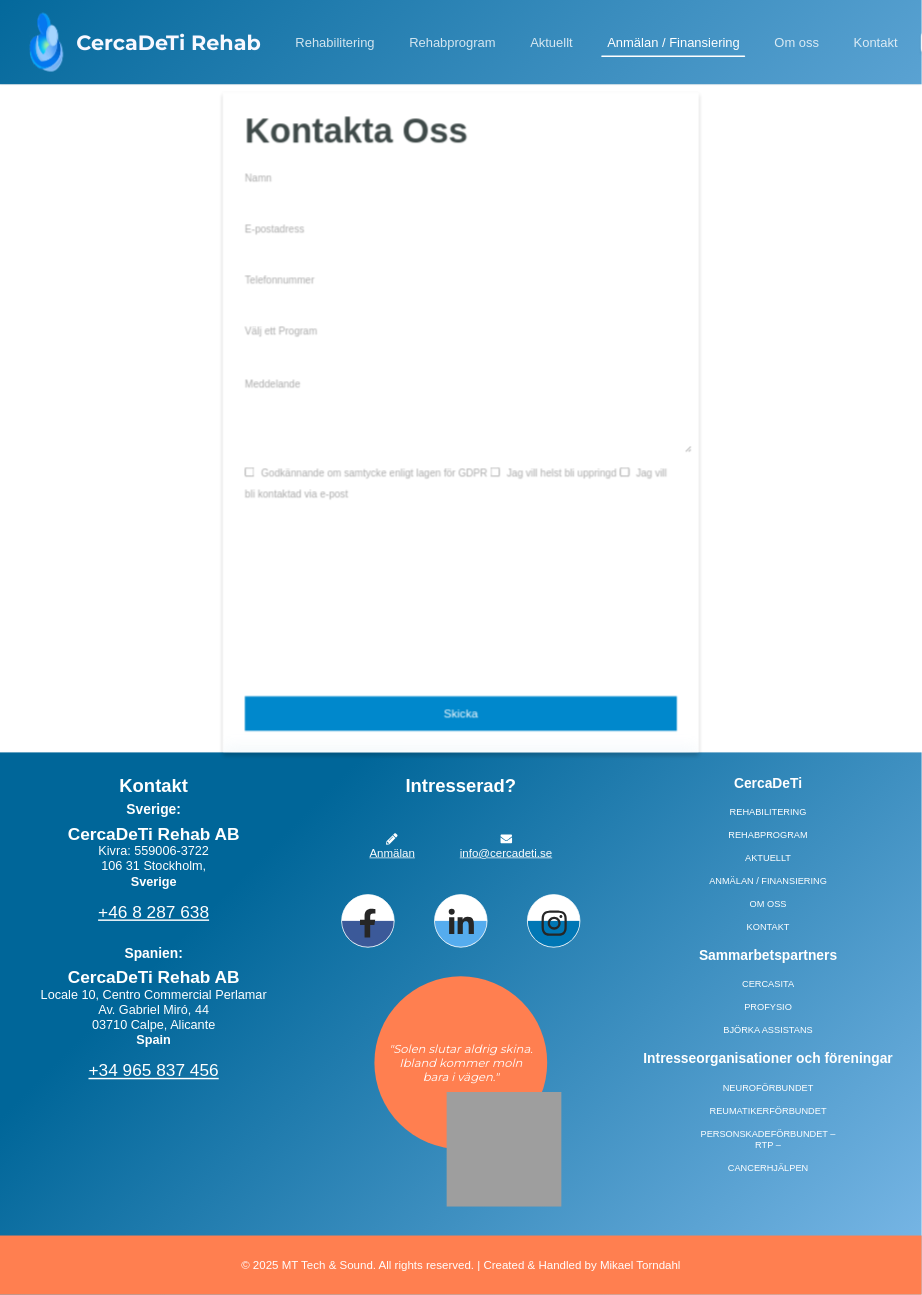
Repository: micketorndahl/CercaDeTi-rehab
Page: anmalan-form.html
The author's editor kept a copy of each file at every save. The page is drawn from the files as they stood at one save, then again after the next save.
The browser window is 1280 px wide. The pictures show the whole page, at 72% of full size.
Pictures or frames that could not be fetched are drawn as grey boxes. The page's requests for data from a server got no answer. Some web fonts or font styles are not loaded; a fallback is used. Some web libraries are served in a nearby version.

Above is the page before, as saved 2025-02-01 18:28:03.
Console error: TypeError: Cannot read properties of null (reading 'addEventListener')

### anmalan-form.html
<!DOCTYPE html>
<html lang="en">
  <head>
    <meta charset="UTF-8" />
    <meta name="viewport" content="width=device-width, initial-scale=1.0" />

    <link
      rel="stylesheet"
      href="https://use.fontawesome.com/releases/v5.6.3/css/all.css"
      integrity="sha384-UHRtZLI+pbxtHCWp1t77Bi1L4ZtiqrqD80Kn4Z8NTSRyMA2Fd33n5dQ8lWUE00s/"
      crossorigin="anonymous"
    />

    <script src="https://cdnjs.cloudflare.com/ajax/libs/font-awesome/5.15.4/js/all.min.js"></script>

    <link rel="stylesheet" href="style.css" />
    <link rel="stylesheet" href="tailwind.css" />
    <title>CercaDeTi Rehab</title>
  </head>
  <body>
    <div class="site-container">
      <header class="header">
        <div class="logo-wrapper">
          <div class="logo">
            <div class="logo-and-text">
              <a href="index.html">
                <img src="/images/cropped-CDTR.gif" alt="Logo" />
                <h1 class="cercadeti">CercaDeTi Rehab</h1>
              </a>
            </div>
          </div>
        </div>

        <nav class="main-nav">
          <div class="nav-container">
            <ul>
              <li>
                <a href="rehabilitering.html">Rehabilitering</a>
              </li>
              <li><a href="rehabprogram.html">Rehabprogram</a></li>
              <li><a href="aktuellt.html">Aktuellt</a></li>
              <li>
                <a href="anmalan-finans.html" class="active"
                  >Anmälan / Finansiering</a
                >
              </li>
              <li><a href="om-oss.html">Om oss</a></li>
              <li><a href="kontakt.html">Kontakt</a></li>
            </ul>
          </div>
        </nav>

        <div class="social-container">
          <div class="social">
            <ul>
              <li>
                <a href="https://www.facebook.com/CercadetiRehab/"
                  ><i class="fab fa-facebook-f icon"></i
                ></a>
              </li>
              <li>
                <a href="https://www.linkedin.com/company/cercadeti-rehab-ab"
                  ><i class="fab fa-linkedin-in icon"></i
                ></a>
              </li>
              <li>
                <a href="https://www.instagram.com/cercadetirehab/"
                  ><i class="fab fa-instagram icon"></i
                ></a>
              </li>
            </ul>
          </div>
        </div>
      </header>

      <div class="content">
        <div class="form-container">
          <form class="contact-form">
            <h2>Kontakta Oss</h2>

            <label for="name">Namn</label>
            <input type="text" id="name" name="name" required />

            <label for="email">E-postadress</label>
            <input type="email" id="email" name="email" required />

            <label for="phone">Telefonnummer</label>
            <input type="tel" id="phone" name="phone" required />

            <label for="program">Välj ett Program</label>
            <select id="program" name="program" required>
              <option value="neurorehab">Neurorehab</option>
              <option value="reumarehab">Reumarehab</option>
              <option value="cancerrehab">Cancerrehab</option>
              <option value="stressrehab">Stressrehab</option>
              <option value="närståendeprogram">Närståendeprogram</option>
            </select>

            <label for="message">Meddelande</label>
            <textarea id="message" name="message" rows="4" required></textarea>

            <div class="checkbox-container">
              <input type="checkbox" id="gdpr" name="gdpr" required />
              <label for="gdpr"
                >Godkännande om samtycke enligt lagen för GDPR</label
              >

              <input type="checkbox" id="call" name="call" />
              <label for="call">Jag vill helst bli uppringd</label>

              <input type="checkbox" id="emailContact" name="emailContact" />
              <label for="emailContact"
                >Jag vill bli kontaktad via e-post</label
              >
            </div>

            <p class="info-text">
              Du är alltid välkommen att kontakta oss. Dina uppgifter hanteras
              enligt vår Integritetspolicy och samtycke enligt GDPR när du
              sänder information till oss.
            </p>

            <button type="submit" class="submit-btn">Skicka</button>
          </form>
        </div>
      </div>

      <!-- FOOTER START -->
      <footer class="footer-container">
        <div class="footer-top">
          <div class="footarea1 footer-shared">
            <h3>Kontakt</h3>

            <address class="address-shared address-se">
              <h5>Sverige:</h5>
              <strong
                ><span class="address-company-name"
                  >CercaDeTi Rehab AB</span
                ></strong
              ><br />
              <span class="address-location">Kivra: 559006-3722</span><br />
              <span class="address-city">106 31 Stockholm,</span><br />
              <span class="address-country"
                ><strong>Sverige</strong><br
              /></span>
              <br />
              <span class="telephone"
                ><a href="tel:+468287638">+46 8 287 638</a></span
              >
            </address>

            <div class="address-shared address-es">
              <address>
                <h5>Spanien:</h5>
                <strong
                  ><span class="address-company-name"
                    >CercaDeTi Rehab AB</span
                  > </strong
                ><br />
                <span class="address-location"
                  >Locale 10, Centro Commercial Perlamar</span
                ><br />
                <span class="address-street">Av. Gabriel Miró, 44</span><br />
                <span class="address-city">03710 Calpe, Alicante<br /></span>
                <span class="address-country"
                  ><strong>Spain</strong><br
                /></span>
                <br />
                <span class="telephone"
                  ><a href="tel:+34965837456">+34 965 837 456</a></span
                >
              </address>
            </div>
          </div>
          <div class="footarea2 footer-shared">
            <h3>Intresserad?</h3>
            <div class="footarea2-links">
              <a href=""><i class="fas fa-pencil-alt"></i> Anmälan</a>
              <a href="mailto:info@cercadeti.se"
                ><i class="fas fa-envelope"></i> info@cercadeti.se</a
              >
            </div>
            <div class="social-footer">
              <ul>
                <li>
                  <a href="https://www.facebook.com/CercadetiRehab/">
                    <i class="fab fa-facebook-f icon"></i>
                  </a>
                </li>

                <li>
                  <a href="https://www.linkedin.com/company/cercadeti-rehab-ab"
                    ><i class="fab fa-linkedin-in icon"></i
                  ></a>
                </li>
                <li>
                  <a href="https://www.instagram.com/cercadetirehab/"
                    ><i class="fab fa-instagram icon"></i
                  ></a>
                </li>
              </ul>
            </div>
            <div class="image-container-footer">
              <div class="image-wrapper">
                <p class="footer-quote">
                  "Solen slutar aldrig skina. Ibland kommer moln bara i vägen."
                </p>
                <img src="images/weelchair.icon.png" alt="wheelchair-icon" />
              </div>
            </div>
          </div>
          <div class="footarea3 footer-shared">
            <nav class="footer-nav">
              <div class="link-column1">
                <h4>CercaDeTi</h4>
                <ul>
                  <li><a href="rehabilitering.html">Rehabilitering</a></li>
                  <li><a href="rehabprogram.html">Rehabprogram</a></li>
                  <li><a href="aktuellt.html">Aktuellt</a></li>
                  <li>
                    <a href="anmalan-finans.html">Anmälan / Finansiering</a>
                  </li>
                  <li><a href="om-oss.html">Om oss</a></li>
                  <li><a href="kontakt.html">Kontakt</a></li>
                </ul>
              </div>

              <div class="link-column2">
                <h4>Sammarbetspartners</h4>
                <ul>
                  <li><a href="https://cercasita.com/">Cercasita</a></li>
                  <li><a href="https://profysio.es/">ProFysio</a></li>
                  <li>
                    <a href="https://www.bjorka-assistans.se/"
                      >Björka Assistans</a
                    >
                  </li>
                </ul>
              </div>

              <div class="link-column3">
                <h4>Intresseorganisationer och föreningar</h4>
                <ul>
                  <li><a href="https://neuro.se/">Neuroförbundet</a></li>
                  <li>
                    <a href="https://reumatiker.se/">Reumatikerförbundet</a>
                  </li>
                  <li>
                    <a href="https://rtp.se/">Personskadeförbundet – RTP – </a>
                  </li>
                  <li>
                    <a href="http://www.cancerhjalpen.se/">Cancerhjälpen</a>
                  </li>
                </ul>
              </div>
            </nav>
          </div>
        </div>
        <div class="footer-bottom">
          <div class="copyright">
            &copy; 2025 MT Tech &amp; Sound. All rights reserved. | Created
            &amp; Handled by Mikael Torndahl
          </div>
          <div class="additional-info"></div>
        </div>
      </footer>
      <!-- FOOTER END -->
    </div>
    <!-- SCRIPT SRCS -->
    <script src="js/script.js"></script>
    <script src="js/weather-api.js"></script>
  </body>
</html>

### style.css
@import url("css/reset.css");
@import url("css/standard.css");
@import url("css/variables.css");
@import url("css/typography.css");
@import url("css/layout.css");
@import url("css/navigation.css");
@import url("css/post.css");
@import url("css/footer.css");
@import url("css/searchbox.css");
@import url("css/page-templates.css");
@import url("css/mq-tablet.css");
@import url("css/mq-phone.css");
@import url("css/effects.css");

### css/standard.css
/*
/* STANDARD
*/

html {
  scroll-behavior: smooth;
}

a {
  text-decoration: none;
}

[class*="fa"]:not([class*="fab"]) {
  display: block;
  margin: 0 auto;
  padding: 0.2rem;
}

### css/typography.css
/*
/* HEADLINES
*/

body {
  background-color: var(--white);
  color: var(--gray-paragraph);
  font-style: normal;
}

.content p,
.container-index p {
  font-size: 1.5rem;
  font-weight: 300;
  white-space: pre-wrap;
  text-align: center;
  margin: 0.5rem;
  word-wrap: break-word;
  line-height: 1.5;
}

body,
.content p,
container-index p,
.address-company-name,
address span,
h1,
h2,
h3,
h4,
h5,
h6 {
  font-family: var(--font-secondary), sans-serif;
  margin: 0;
  padding: 0;
}

h1,
h2,
h3,
h4,
h5,
h6 {
  font-weight: bold;
}

h1 {
  font-size: 2rem;
}
h2 {
  font-size: calc(5rem + 1vw);
}

h3 {
  font-size: 1.6rem;
  color: var(--white);
  margin-bottom: 0.5rem;
}
h4 {
  font-size: 1.2rem;
  color: var(--white);
  margin-bottom: 0.5rem;
}
h5 {
  font-size: 1.2rem;
  font-style: normal;
  padding: 0;
}
h6 {
  font-size: 1rem;
}

.banner-content h2 {
  font-family: var(--font-ten), sans-serif;
  font-size: 6rem;
  font-style: bold;
  line-height: 1.2;
  margin-top: 0.5rem;
  color: var(--white);
}

.address-company-name {
  font-size: 1.5rem;
  font-weight: bold;
  font-style: normal;
}

address span {
  font-style: normal;
  font-size: 1.1rem;
  font-weight: 400;
  margin: 0;
  padding: 0;
}

### css/layout.css
/*
/* LAYOUT
*/

.site-container {
  flex: 1;
  display: flex;
  flex-direction: column;
  margin: 0 auto;
  width: 100%;
}

.header {
  background: linear-gradient(
    135deg,
    var(--color-quaternary) 25%,
    var(--color-tertiary) 100%
  );
  background-size: 200% 100%;
  display: flex;
  justify-content: space-between;
  align-items: center;
  margin: 0;
  z-index: 1000;
  width: 100%;
  position: fixed;
  box-shadow: 0 1px 3px rgba(0, 0, 0, 0.1), 0 1px 2px rgba(0, 0, 0, 0.06);
  animation: shineEffect 7s infinite linear;
}

.header > div {
  flex: 1; /* Makes each section take up equal space */
}

.logo-wrapper {
  display: flex;
  flex-direction: row;
  justify-content: center;
  flex-grow: 1;
  flex-shrink: 0;
  position: relative;
  animation: shineEffect 4s ease-in-out infinite;
}

@keyframes shineEffect {
  0% {
    background-position: 0% 50%;
    box-shadow: 0 0 10px var(--background-color-blue);
  }
  50% {
    background-position: 100% 50%;
    box-shadow: 0 0 20px var(--background-color-light-blue);
  }
  100% {
    background-position: 0% 50%;
    box-shadow: 0 0 10px var(--background-color-blue);
  }
}

.logo {
  display: flex;
  flex-direction: row;
  align-items: center;
  padding: 0;
}

.logo img {
  width: 50px;
  height: 85px;
  transition: transform 0.3s ease-in-out, filter 0.3s ease-in-out;
  padding: 0 1rem;
}

.logo img {
  animation: pulse 2.5s infinite;
}

@keyframes pulse {
  0%,
  100% {
    transform: scale(1);
    filter: brightness(1) hue-rotate(0deg) saturate(1);
  }
  50% {
    transform: scale(1.05);
    filter: brightness(1.1) hue-rotate(10deg) saturate(1.3);
  }
}

.logo-and-text {
  display: flex;
  flex-direction: row;
  justify-content: center;
  align-items: center;
  margin: 0;
  padding: 1rem 1.5rem;
}

.logo-and-text a {
  display: flex;
  flex-direction: row;
  align-items: center;
}

h1.cercadeti {
  font-family: var(--font-eight), sans-serif;
  font-size: 1.8rem;
  font-weight: 700;
  color: var(--ghost-white);
  white-space: nowrap;
}

.ctas-container {
  display: flex;
  justify-content: center;
  align-items: center;
}

.button-CTA {
  background-color: var(--color-secondary);
  padding: 1rem 2.6rem;
  border-radius: 3rem;
  box-shadow: rgba(0, 0, 0, 0.1) 0 2px 4px;
  color: #ffffff;
  font-family: Pontano Sans, sans-serif;
  font-size: 1rem;
  font-weight: 500;
  outline: 0;
  text-align: center;
  text-transform: uppercase;
  text-decoration: none;
  margin: 2rem 0.5rem;
  border: 0;
  cursor: pointer;
  transition: all 0.3s ease-in-out;
  position: relative;
  z-index: 1;
  transform-origin: center;
}

/* First button: Transparent effect on hover */
.button-CTA:nth-of-type(1) {
  background-color: var(--color-primary);
}

.button-CTA:nth-of-type(1):hover {
  background-color: rgba(227, 227, 227, 0.1);
  color: white;
  /* Use outline instead of border */
  outline: 1px solid var(--color-primary); /* Or 2px as you prefer */
  outline-offset: -1px; /* Adjust if needed to make outline appear as border */
  box-shadow: rgba(0, 0, 0, 0.2) 0 4px 8px;
  transform: scale(1.05);
}

/* Second button: More vibrant on hover */
.button-CTA:nth-of-type(2) {
  background-color: var(--color-secondary);
}

.button-CTA:nth-of-type(2):hover {
  background-color: #ff5722;
  box-shadow: rgba(0, 0, 0, 0.25) 0 6px 12px;
  /* Scale on hover */
  transform: scale(1.05); /* Adjust scale factor as desired */
}

.button-CTA:active {
  transform: translateY(1px) scale(0.95); /* Scale down slightly on active */
  box-shadow: rgba(0, 0, 0, 0.1) 0 2px 4px;
}

.banner {
  position: relative;
  display: flex;
  flex-direction: column;
  min-height: 100vh;
  background-image: url(../images/banner-index.jpg);
  background-repeat: no-repeat;
  background-size: cover;
  background-attachment: fixed;
  background-position: center top;
  padding-top: 100px;
}

.banner::before {
  content: "";
  position: absolute;
  top: 0;
  left: 0;
  width: 100%;
  height: 60%; /* Only darken the top part */
  background: linear-gradient(to bottom, rgba(0, 0, 0, 0.6), rgba(0, 0, 0, 0));
  z-index: 1;
}

#banner-aktuellt {
  background-image: url(../images/banner-aktuellt.jpg);
}

#banner-anmalan-finans {
  background-image: url(../images/banner-anmalan-finans.jpg);
}

#banner-kontakt {
  background-image: url(../images/rehab10.jpg);
  background-position: center center;
}

#banner-om-oss {
  background-image: url(../images/rehab11.jpg);
  background-position: center center;
}

#banner-rehabilitering {
  background-image: url(../images/banner-rehabilitering.jpg);
}

.banner-content {
  position: relative;
  z-index: 2; /* Ensures the text appears above the dark overlay */
  display: flex;
  flex-direction: column;
  justify-content: space-around;
  align-items: center;
}

.slogan {
  padding: 5rem;
  color: var(--white);
  text-align: center;
}

.content {
  width: 60%;
  margin: 0 auto;
  display: flex;
  align-items: center; /* Vertically center grid items */
  justify-content: center; /* Horizontally align items */
}

.content-3col {
  display: grid;
  grid-template-columns: 1fr 3fr 1fr; /* Left Sidebar - Main Content - Right Sidebar */
  grid-template-rows: auto; /* Allow content to dictate height */
  grid-template-areas: "left main right"; /* Define named grid areas */
}

section.main {
  grid-column:
  display: flex;
  flex-direction: column;
  text-align: center;
  background: var(--white);

}

section.main h2 {
  font-size: 3rem;
  color: var(--text-dark);
}

aside {
  display: flex;
  flex-direction: column;
  justify-content: center;
  align-items: center;
}

aside.sidebar-left {
  grid-column: 1;
  display: flex;
  align-items: center; /* Vertically center content */
  justify-content: center; /* Horizontally center content */
}

aside.sidebar-right {
  grid-column: 3;
  display: flex;
  align-items: center;
  justify-content: center; /* Ensures vertical centering */
}

aside h3 {
  color: var(--text-dark);
}

.form-container {
  background: rgba(255, 255, 255, 0.1);
  backdrop-filter: blur(10px);
  margin-top: 8rem;
  padding: 30px;
  border-radius: var(--border-radius);
  width: 100%;
  max-width: 600px;
  box-shadow: 0 4px 6px rgba(0, 0, 0, 0.2);
  transition: transform 0.3s ease-in-out;
}

.form-container:hover {
  transform: translateY(-10px);
}

.form h2 {
  text-align: center;
  color: var(--white);
  font-size: 1rem;
  margin-bottom: 20px;
}

label {
  font-size: 14px;
  margin-bottom: 5px;
  color: var(--darkgray);
}

input, select, textarea {
  width: 100%;
  padding: 10px;
  margin-bottom: 15px;
  border: 1px solid rgba(255, 255, 255, 0.3);
  border-radius: var(--border-radius);
  background: rgba(255, 255, 255, 0.1);
  color: var(--white);
  font-size: 14px;
  outline: none;
}

input[type="checkbox"] {
  width: auto;
  margin-right: 5px;
}

textarea {
  resize: vertical;
}

.checkbox-container {
  margin-bottom: 20px;
}

.info-text {
  color: var(--white);
  font-size: 12px;
  margin-bottom: 20px;
}

.submit-btn {
  background-color: var(--color-primary);
  color: var(--white);
  border: none;
  padding: 15px;
  font-size: 16px;
  width: 100%;
  border-radius: var(--border-radius);
  cursor: pointer;
  transition: background-color 0.3s ease;
}

.submit-btn:hover {
  background-color: darken(var(--color-primary), 10%);
}

### css/navigation.css
/* NAV */

.main-nav {
  display: flex;
  justify-content: center;
  align-items: center;
  padding: 0;
  flex-grow: 0;
  flex-shrink: 0;
}

nav.main-nav ul {
  display: flex;
  margin: 0;
  padding: 0;
}

nav.main-nav ul li {
  list-style: none;
  margin: 0 1rem;
}

.main-nav a {
  position: relative;
  display: inline-block;
  padding: 0.5rem;
  text-decoration: none;
  transition: color 0.2s ease-in-out;
}

nav.main-nav ul li a {
  font-family: var(--font-secondary), sans-serif;
  font-size: 18px;
  font-weight: 400;
  line-height: 1rem;
  /* Slightly darker default color */
  color: var(--dullwhite);
  text-decoration: none;
  transition: all 0.4s ease-in-out;
}

nav.main-nav ul li a:hover {
  color: var(--white); /* Brighter on hover */
}

nav.main-nav ul li a.active {
  color: var(--white); /* Brightest when active */
}

nav.main-nav ul li a.active::after {
  content: "";
  position: absolute;
  left: 0;
  bottom: -4px;
  width: 100%;
  height: 1px; /* Adjusted height here */
  background-color: var(--white);
  border-radius: 2px;
  transition: transform 0.3s ease, background-color 0.3s ease;
}

/* Hover underline that grows from the left */
nav.main-nav ul li a::after {
  content: "";
  position: absolute;
  left: 0;
  bottom: -4px;
  width: 0;
  height: 1px;
  background-color: var(--white);
  border-radius: 2px;
  transition: width 0.6s ease, background-color 0.6s ease;
  opacity: 0;
}

nav.main-nav ul li a:hover::after {
  width: 100%;
  opacity: 1;
  height: 1px;
}

/* Active link styles */
nav.main-nav ul li a.active::after {
  width: 100%;
  height: 2px; /* Adjusted height here */
  opacity: 1;
}

.social-container {
  display: flex;
  justify-content: center;
  align-items: center;
  flex-grow: 1;
  flex-shrink: 1;
}

.social ul {
  display: flex;
  justify-content: space-evenly;
  margin: 0;
}

.social li {
  margin: 0.5rem;
}

.ctas-container {
  display: flex; /* Aligns buttons side by side */
  justify-content: center;
  align-items: center;
}

### css/post.css
/*
/* POST */
/*

### css/searchbox.css
/*
/* SEARCHBOX */
/*

### css/mq-tablet.css
/*
/* MQ-TABLET */
/*

### css/mq-phone.css
/*
/* MQ-PHONE*/
/*

Loaded but not shown: tailwind.css (library); js/script.js (117 lines, source omitted); js/weather-api.js (90 lines, source omitted); css/page-templates.css (379 lines, source omitted); css/reset.css (364 lines, source omitted); css/effects.css (235 lines, source omitted); css/variables.css (74 lines, source omitted); css/footer.css (189 lines, source omitted)

After the next save:
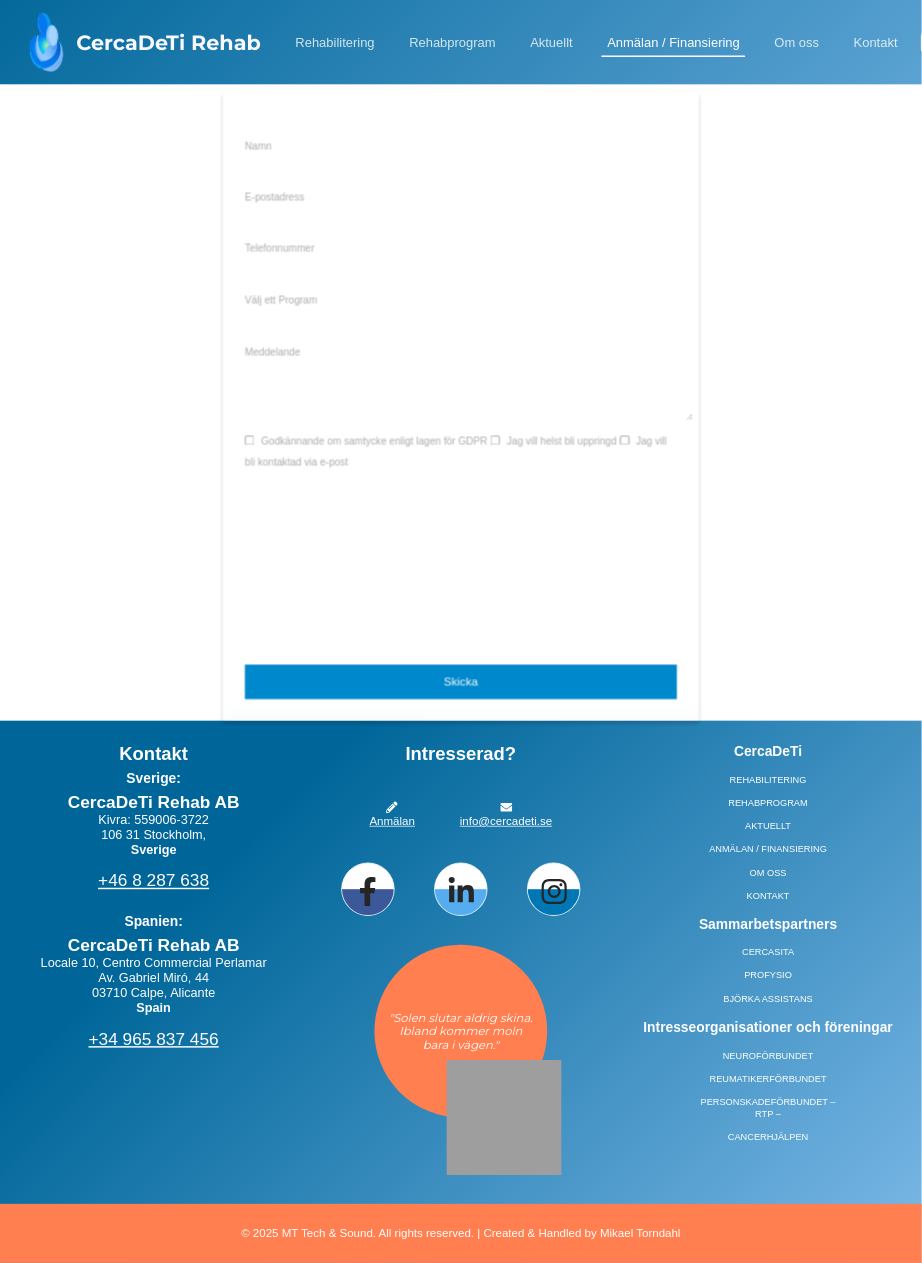
Saved 15 s later.
--- a/css/layout.css
+++ b/css/layout.css
@@ -301,7 +301,7 @@
   transform: translateY(-10px);
 }
 
-.form h2 {
+.form-container h2 {
   text-align: center;
   color: var(--white);
   font-size: 1rem;
